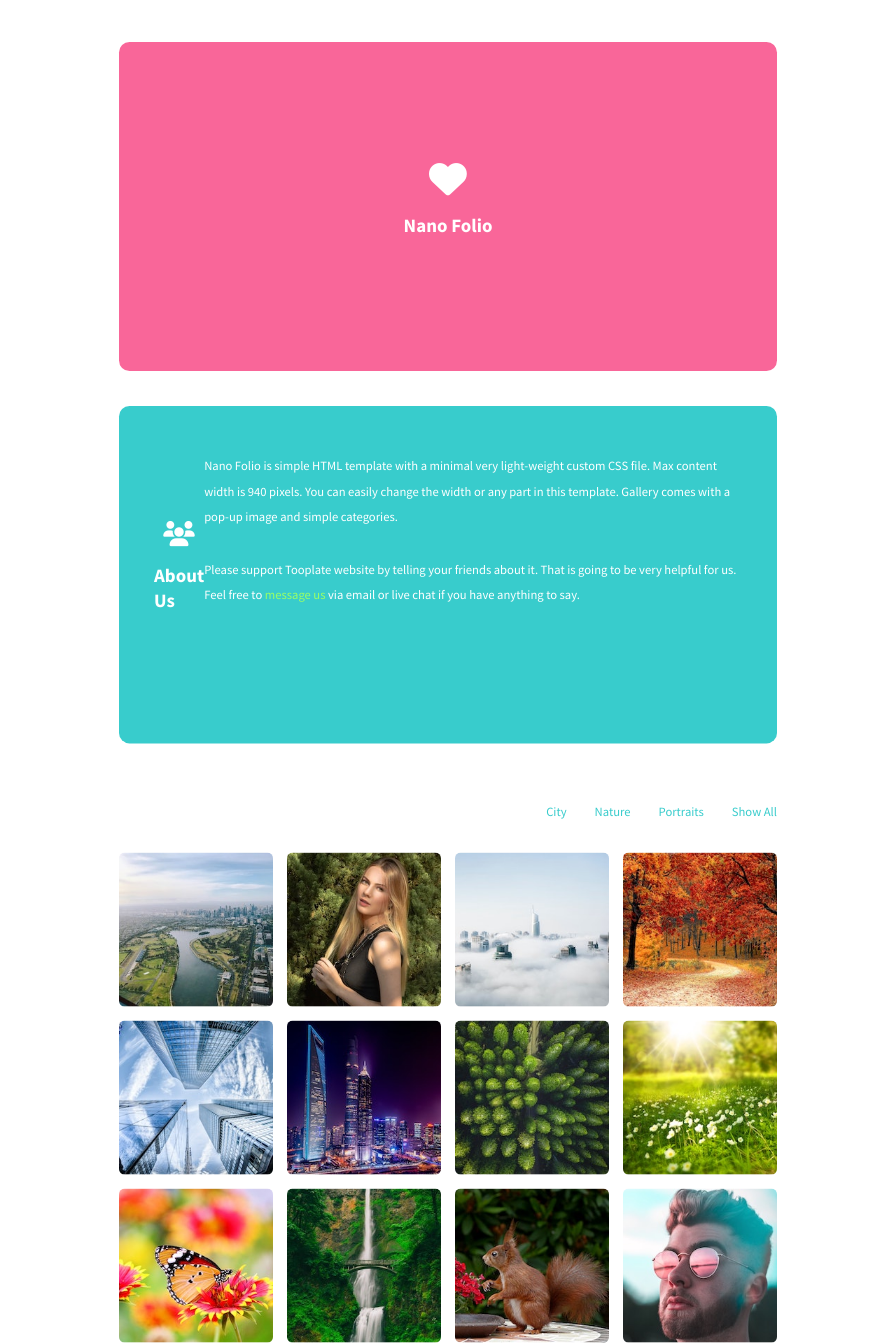
Repository: BuiVanVu102/Tooplate
Page: index.html
The author's editor kept a copy of each file at every save. The page is drawn from the files as they stood at one save, then again after the next save.
The browser window is 1280 px wide. The pictures show the part of the page from y = 0 to 1920 px (the page is 2582 px tall), at 70% of full size.
Some web libraries are served in a nearby version. The style sheet was rebuilt from its Sass, Less or Tailwind sources for each picture, by a compiler version that may differ from the author's.

Above is the page before, as saved 2021-11-17 10:00:47.

### index.html
<!DOCTYPE html>
<html lang="en">
<head>
	<meta charset="UTF-8">
	<meta http-equiv="X-UA-Compatible" content="IE=edge">
	<meta name="viewport" content="width=device-width, initial-scale=1.0">
	<link rel="preconnect" href="https://fonts.googleapis.com">
	<link rel="preconnect" href="https://fonts.gstatic.com" crossorigin>
	<link href="https://fonts.googleapis.com/css2?family=Source+Sans+Pro:wght@400;700&display=swap" rel="stylesheet">
	<link rel="stylesheet" href="./css/app.css">
	<title>Nano Folio - Live View</title>
</head>
<body>
		<div class="wrapper">
			<main>
				<section class="first">
					<div class="container">
						<div class="first__container">
							<i class="fas fa-heart fa-3x"></i>
							<h1 class="first__name">Nano Folio</h1>
						</div>
					</div>
				</section>
				<section class="about">
					<div class="container">
						<div class="about__container">
							<div class="about__heading">
								<i class="fas fa-users fa-2x"></i>
								<h2 class="about__name">
									About Us
								</h2>
							</div>
							<div class="about__desc">
								<p class="about__typography1">
									Nano Folio is simple HTML template with a minimal very light-weight custom CSS file. Max content width is 940 pixels. You can easily change the width or any part in this template. Gallery comes with a pop-up image and simple categories.
								</p>
								<p class="about__typography2">
									Please support Tooplate website by telling your friends about it. That is going to be very helpful for us. Feel free to <a rel="nofollow" href="https://www.tooplate.com/contact" target="_blank" style="color: #99FF66;">message us</a>  via email or live chat if you have anything to say.
								</p>
							</div>
						</div>
					</div>
				</section>
				<section class="show">
					<div class="container">
						<div class="show__container">
							<div class="show__header">
								<ul class="menu">
									<li class="menu__item"><a href="#!">City</a></li>
									<li class="menu__item"><a href="#!">Nature</a></li>
									<li class="menu__item"><a href="#!">Portraits</a></li>
									<li class="menu__item"><a href="#!">Show All</a></li>
								</ul>
							</div>
							<div class="show__list">
								<div class="show__img">
									<img src="./images/city-1.jpg" alt="">
								</div>
								<div class="show__img">
									<img src="./images/human-1.jpg" alt="">
								</div>
								<div class="show__img">
									<img src="./images/city-2.jpg" alt="">
								</div>
								<div class="show__img">
									<img src="./images/nature-1.jpg" alt="">
								</div>
								<div class="show__img">
									<img src="./images/city-3.jpg" alt="">
								</div>
								<div class="show__img">
									<img src="./images/city-4.jpg" alt="">
								</div>
								<div class="show__img">
									<img src="./images/nature-2.jpg" alt="">
								</div>
								<div class="show__img">
									<img src="./images/nature-3.jpg" alt="">
								</div>
								<div class="show__img">
									<img src="./images/nature-4.jpg" alt="">
								</div>
								<div class="show__img">
									<img src="./images/nature-5.jpg" alt="">
								</div>
								<div class="show__img">
									<img src="./images/nature-6.jpg" alt="">
								</div>
								<div class="show__img">
									<img src="./images/human-2.jpg" alt="">
								</div>

							</div>
						</div>
					</div>
				</section>
				<section class="form">
					<div class="container">
						<div class="form__container">
							<div class="form__submit">
								<input type="text" name="" id="" placeholder="name">
								<input type="email" name="" id="" placeholder="email">
								<textarea name="" id="" cols="30" rows="10" placeholder="message"></textarea>
								<button type="submit">send</button>
							</div>
							<div class="form__info">
								<address class="form__adress">120 Curabitur sed tortor ultrices, congue odio eget, posuere urna. Praesent at rhoncus 10680</address>
								<div class="form__phone">
									Tel: <a href="tel:0100200340" class="form__phone-link">010-020-0340</a>
								</div>
								<div class="form__network">
									<a href="https://facebook.com"><i class="fab fa-facebook"></i></a>
									<a href="https://twitter.com"><i class="fab fa-twitter"></i></a>
									<a href="https://instagram.com"><i class="fab fa-instagram"></i></a>

								</div>
							</div>
							<div class="form__contact">
								<i class="fas fa-map-pin fa-3x"></i>
								<h2 class="form__contact-text">
									Contact
								</h2>
							</div>
						</div>
					</div>
				</section>
			</main>
			<footer class="footer">
				<div class="container">
					<div class="footer__container">

					Copyright 2020 Nano Folio - Design: <a rel="sponsored" href="https://www.tooplate.com" class="footer__link">Tooplate</a>
					</div>
				</div>
			</footer>
		</div>
		<script src="https://kit.fontawesome.com/33b4a28a88.js" crossorigin="anonymous"></script>
</body>
</html>

### sass/app.scss
@import 'variable';
@import 'reset';
@import 'global';
@import 'first';
@import 'about';
@import 'show';
@import 'form';
@import 'footer';

### sass/_variable.scss
$font: 'Source Sans Pro', sans-serif;
$text-color: #ffff;
$title-color: #38cccc;

### sass/_reset.scss
html {
	box-sizing: border-box;
  }
  * {
	margin: 0;
	padding: 0;
  }
  *,
  *:before,
  *:after {
	box-sizing: border-box;
  }
  input,
  textarea,
  select,
  button {
	outline: none;
  }
  input {
	line-height: normal;
  }
  label,
  button {
	cursor: pointer;
  }
  a {
	text-decoration: none;
  }
  img {
	display: block;
	max-width: 100%;
  }

### sass/_global.scss
body {
	line-height: 2em;
	color: $font;
	font-size: 18px;
	font-family: $font;
	font-weight: 400;
	background-color: white;
	overflow-x: hidden;
}

.wrapper {
	max-width: 100%;
	margin: 0 auto;
}
.container {
	width: 100%;
	max-width: 970px;
	margin: 0 auto;
	padding: 0px 15px;
}

### sass/_first.scss
.first {
	margin-top: 60px;
	&__container{
		display: flex;
		flex-direction: column;
		justify-content: center;
		align-items: center;
		border-radius: 15px;
		max-width: 940px;
		height: 470px;
		background-color: #f96699;
		color: white;
		margin-bottom: 50px;

	}
	&__name {
		margin: 22px 0;
	}
}
.fa-hear:before {
	content: "\f004";
}

### sass/_about.scss
.about {
	margin-top: 0px;
	&__container {
		display: flex;



		padding: 50px 50px;
		margin-bottom: 80px;

		min-height: 482px;
		max-width: 940px;
		background-color: #38cccc;
		color: white;

		border-radius: 15px;
	}
	&__heading {
		display: flex;
		flex-direction: column;
		align-items: center;
		justify-content: center;
		flex: 1 1;
		flex-grow: 1;
		flex-shrink: 1;
		flex-basis: 0%;

		width: 420px;
		height:382px;

	}
	&__name {
		margin:  22px 0;
		font-size: 1.5em;
		font-weight: bold;
	}
	&__decs {
		display: block;
	}
	&__typography1 {

		display: block;
		margin: 18px 0 40px;
		font: 18px;

	}
	&__typography2 {

		display: block;
		margin: 18px 0 0;
		font: 18px;
	}
}
.fa-user:before {
	content: "\f0c0";
}

@media screen and (max-width: 767px) {
	.about {
		padding: 50px;


	}
}

### sass/_show.scss
.show {
	margin-bottom: 80px;
	&__container {
		display: block;
	}
	&__header {
		display: flex;
		justify-content: flex-end;
		align-items: center;
		margin-bottom: 40px;
		color: #38CCCC;
	}
	&__list {
		display: grid;
		grid-template-columns: repeat(4, 1fr);
		gap: 20px;

		position: relative;
	}
	&__img img{
		width: 220px;
		height: 220px;
		border-radius: 0.5rem;
	}

}

.menu {
	list-style: none;
	display: flex;
	align-items: center;
	gap: 0 40px;


	&__item a {
		color: inherit;
		font-size: 18px;
	}
	&__item a:focus{
		color: #f96699;
	}
}

### sass/_form.scss
.form {
	margin-bottom: 50px;
	&__container {
		display: flex;
		justify-content: space-between;
		align-self: center;

		max-width: 940px;
		height: 438px;

		color: white;
		background-color: #99CCCC;

		padding: 50px 20px;

		border-radius: 15px;
	}
	&__submit {
		display: block;
		width: 40%;
	}
	&__submit  input{
		display: block;
		font-family: $font;
		font-size: 1rem;
		background: transparent;
		color: white;
		border: 0;
		border-bottom: 1px solid white;
		padding: 15px 0;
		margin-top: 5px;
		margin-bottom: 5px;
		width: 100%;
	}
	&__submit textarea {
		font-family: $font;
		font-size: 1rem;
		background:transparent;
		border: 0;
		border-bottom: 1px solid white;
		color: white;
		padding: 15px 0;
		margin: 5px 0 30px;
		max-width: 100%;
		max-height: 156px;
	}
	&__submit input:focus-visible {
		outline-offset: 0px;
		outline: -webkit-focus-color auto 1px;
		outline-color: -webkit-focus-ring-color;
		outline-style: auto;
		outline-width: 1px;
	}
	&__submit textarea:focus-visible {
		outline-offset: 0px;
		outline: -webkit-focus-ring-color auto 1px;
		outline-color: -webkit-focus-ring-color;
		outline-style: auto;
		outline-width: 1px;
	}
	&__submit button {
		display: block;

		background: none;
		color: white;
		font-size: 1rem;
		border: 0;
		cursor: pointer;
		transition: all 0.3s ease;

		margin-left: auto;
		margin-right: 0;
	}
	&__submit button:hover {
		color: black;
	}
	&__submit button:focus-visible {
		outline-offset: 0px;
		outline: -webkit-focus-ring-color auto 1px;
		outline-color: -webkit-focus-ring-color;
		outline-style: auto;
		outline-width: 1px;
	}
	&__info {
		display: block;

		width: 40%;
		padding: 20px 34px 0;
	}
	&__adress{
		display: block;
		margin-bottom: 30px;
		font-style: normal;
		font-size: 18px;

		max-width: 292px;
	}
	&__phone {
		display: block;
		margin-bottom: 40px;
		color: white;
		&-link {
			color: inherit;
			transition: all 0.3s ease;
		}
		&-link:hover {
			color: #38CCCC;
		}
	}
	&__network {
		display: flex;

	}
	&__network a {
		display: flex;
		justify-content: center;
		align-items: center;

		height: 40px;
		width: 40px;

		background-color: #ffff;
		margin-right: 15px;

		color: #99cccc;
		transition: all 0.3s ease;
	}
	&__network a:hover {
		color: #30ADAD;
	}
	&__contact {
		display: flex;
		flex-direction: column;
		align-items: center;
		justify-content: center;

		width: 20%;
		padding: 0 34px;
		&-text {
			display: block;
			margin: 22.4px;
			font-size: 1.5em;
			font-weight: bold;

		}
	}
}
::placeholder {
	color: white;

}

.fa-facebook:before {
	content: "\f09a";
}
.fa-twitter:before {
    content: "\f099";
}
.fa-instagram:before {
    content: "\f16d";
}
.fa-map-pin:before {
    content: "\f276";
}

### sass/_footer.scss
.footer {
	margin-bottom: 60px;
	&__container {
		display: block;
		color: #999999;
		text-align: center;
	}
	&__link {
		color:#999999;
		transition: all 0.3s ease;
	}
	&__link:hover {
		color: #38CCCC;
	}

}

After the next save:
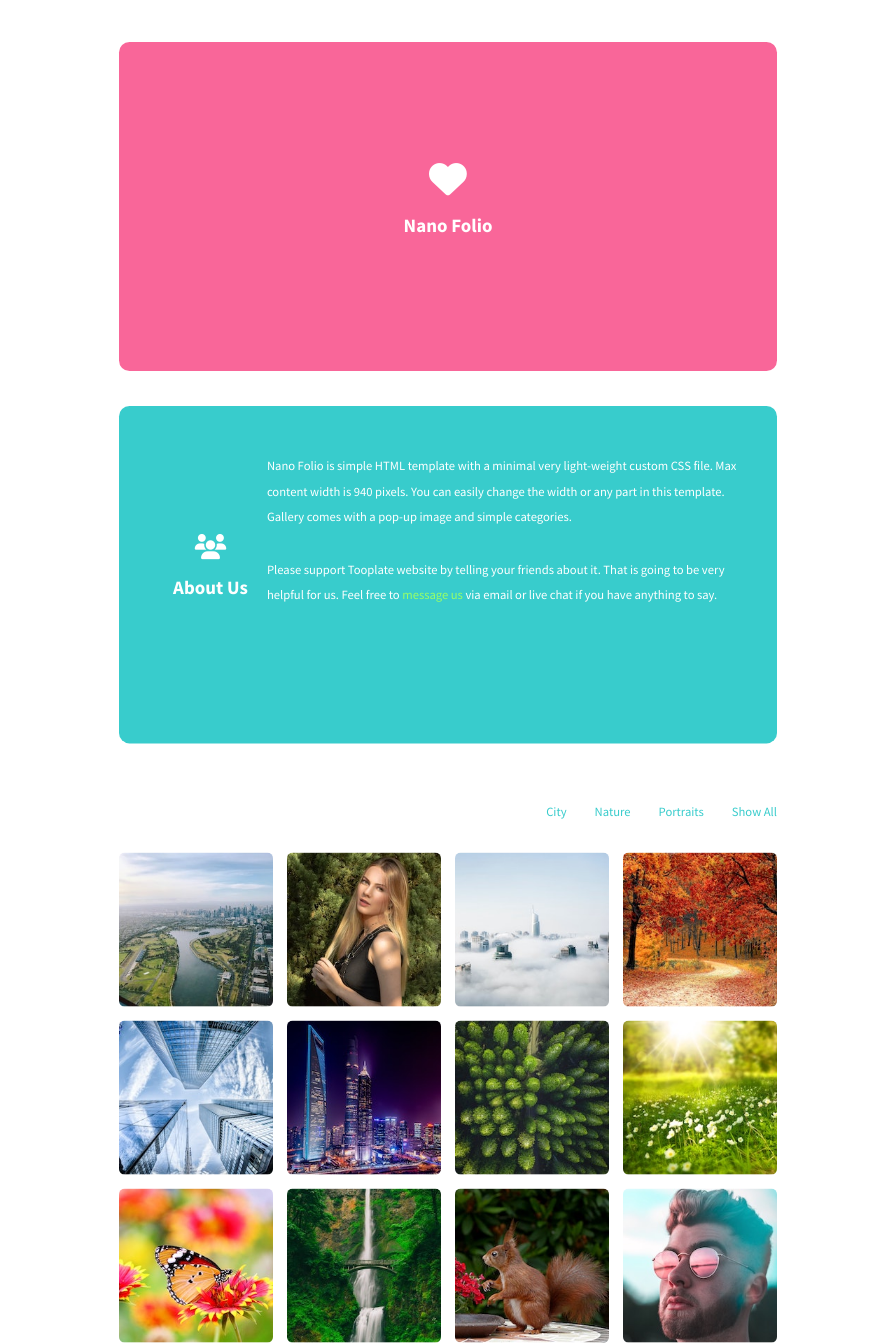
Saved 45 s later.
--- a/sass/_about.scss
+++ b/sass/_about.scss
@@ -2,7 +2,10 @@
 	margin-top: 0px;
 	&__container {
 		display: flex;
-
+		flex: 1 1;
+		flex-grow: 1;
+		flex-shrink: 1;
+		flex-basis: 0%;
 
 
 		padding: 50px 50px;
@@ -20,10 +23,7 @@
 		flex-direction: column;
 		align-items: center;
 		justify-content: center;
-		flex: 1 1;
-		flex-grow: 1;
-		flex-shrink: 1;
-		flex-basis: 0%;
+
 
 		width: 420px;
 		height:382px;
